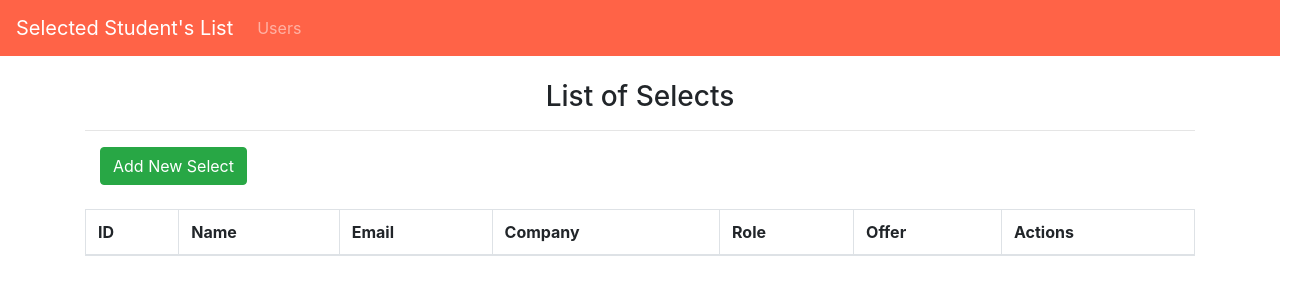
Repository: arnab01/Placement-Portal
Page: http://localhost/Company_Selects/
An editor plug-in stored every save of this project. The page is shown before and after the next save, followed by the edit.
The browser window is 1280 px wide. The page is 1295 px wide, so the pictures cover 1295 px, including what lies to the right of the window. The pictures show the whole page.
The page is served by Tomcat 9. Queries for data that is not in the repository find no rows.

Above is the page before, as saved 2020-11-27 20:13:05.

After the next save:
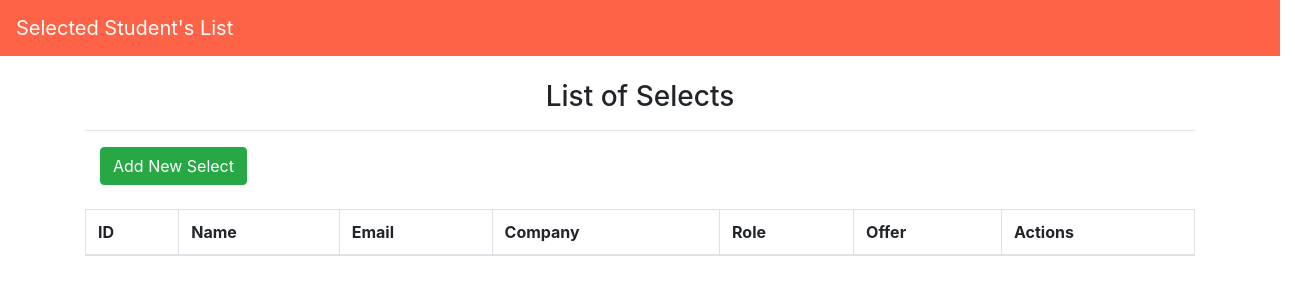
Saved 28 s later.
--- a/JSP/final_selects/Company_Selects/WebContent/user-list.jsp
+++ b/JSP/final_selects/Company_Selects/WebContent/user-list.jsp
@@ -20,7 +20,7 @@
 
 			<ul class="navbar-nav">
 				<li><a href="<%=request.getContextPath()%>/list"
-					class="nav-link">Users</a></li>
+					class="nav-link"></a></li>
 			</ul>
 		</nav>
 	</header>
